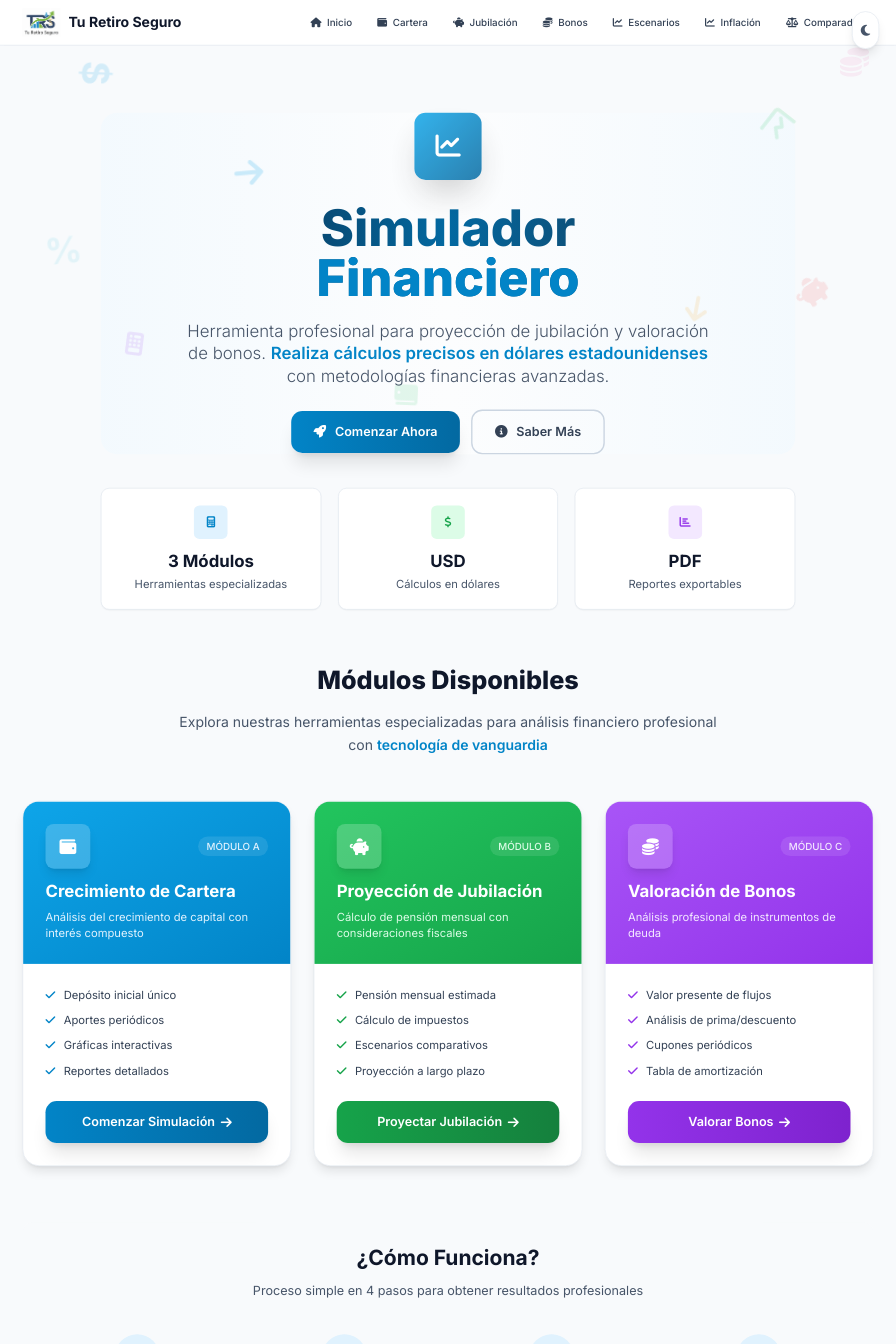
Repository: Jeanfranco06/simulador-finanzas-corporativas-jubilacion-pension
Page: http://localhost/
An editor plug-in stored every save of this project. The page is shown before and after the next save, followed by the edit.
The browser window is 1280 px wide. The pictures show the part of the page from y = 0 to 1920 px (the page is 2993 px tall), at 70% of full size.
Some web libraries are served in a nearby version. The page is served by the project's application, run on Flask 3 (app/__init__.py).

Above is the page before, as saved 2025-11-06 21:28:13.

After the next save:
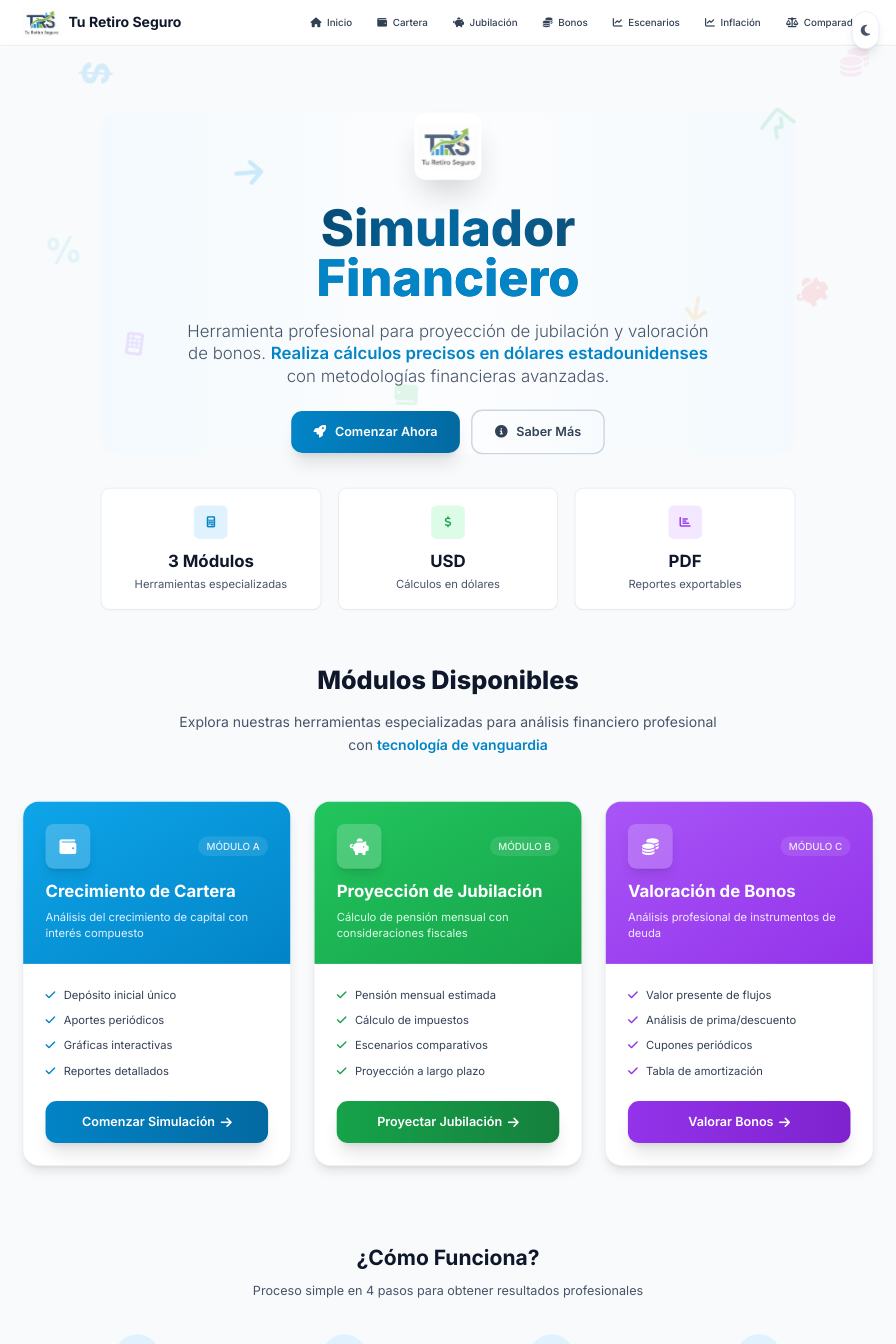
Saved 5 min 37 s later.
--- a/app/templates/index.html
+++ b/app/templates/index.html
@@ -23,8 +23,10 @@
             <!-- Animated background gradient -->
             <div class="absolute inset-0 bg-gradient-to-r from-primary-50 via-white to-primary-50 dark:from-secondary-800 dark:via-secondary-900 dark:to-secondary-800 rounded-3xl -z-10 opacity-60"></div>
 
-            <div class="inline-flex items-center justify-center w-24 h-24 bg-gradient-to-br from-primary-500 to-primary-700 rounded-2xl mb-8 shadow-2xl animate-pulse-slow">
-                <i class="fas fa-chart-line text-4xl text-white"></i>
+            <div class="inline-flex items-center justify-center w-24 h-24 bg-white rounded-2xl mb-8 shadow-2xl animate-pulse-slow">
+                <img src="{{ url_for('static', filename='images/logoblanco.jpeg') }}"
+                     alt="Tu Retiro Seguro"
+                     class="h-16 w-auto">
             </div>
 
             <h1 class="text-5xl md:text-7xl font-extrabold text-transparent bg-clip-text bg-gradient-to-r from-secondary-900 via-primary-700 to-secondary-800 dark:from-secondary-100 dark:via-primary-400 dark:to-secondary-200 mb-6 leading-tight">
